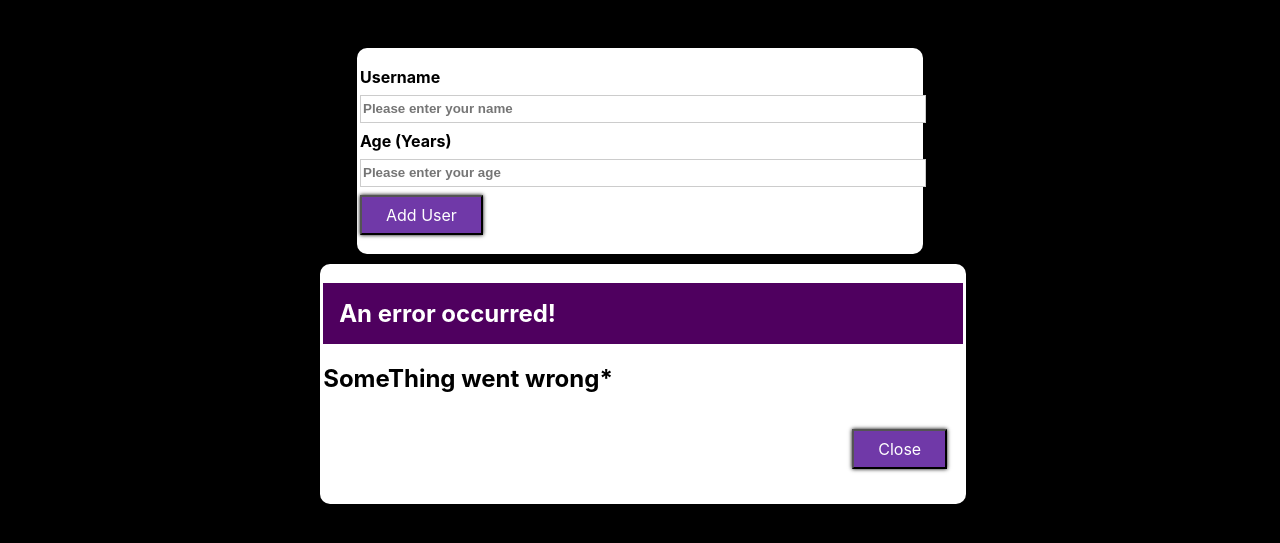
Repository: NamalPathirana/section-eight
Page: /
These files come from the project's save history. The page is drawn as it stood at one moment and after the next save; the edit follows.
The browser window is 1280 px wide. The pictures show the whole page.
The project was rebuilt for these pictures with package versions that can differ from the ones it lists, and the page was loaded fresh each time. Also part of the build but not shown: src/App.module.css.

Above is the page before, as saved 2021-12-04 14:29:13.

After the next save:
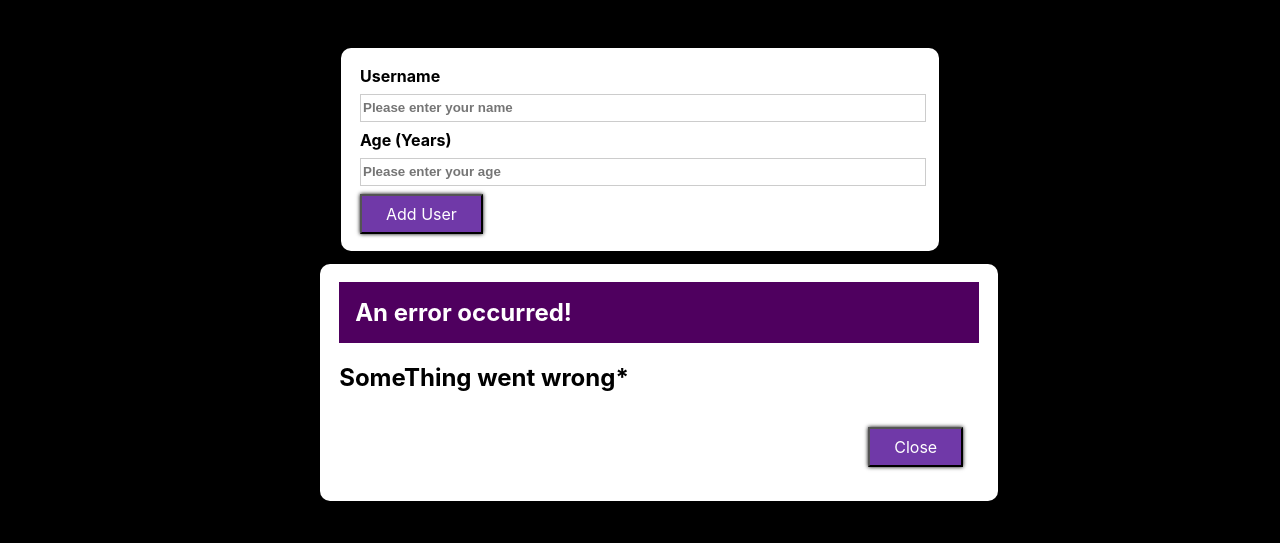
Saved 10 s later.
--- a/src/UI/Card/Card.module.css
+++ b/src/UI/Card/Card.module.css
@@ -1,6 +1,6 @@
 .card{
     margin: 0.5rem 0.5rem;
-    padding: 1.2rem 0.2rem;
+    padding: 1.1rem 1.2rem;
     width: 35rem;
     max-width: 90%;
     margin: 3rem auto;
